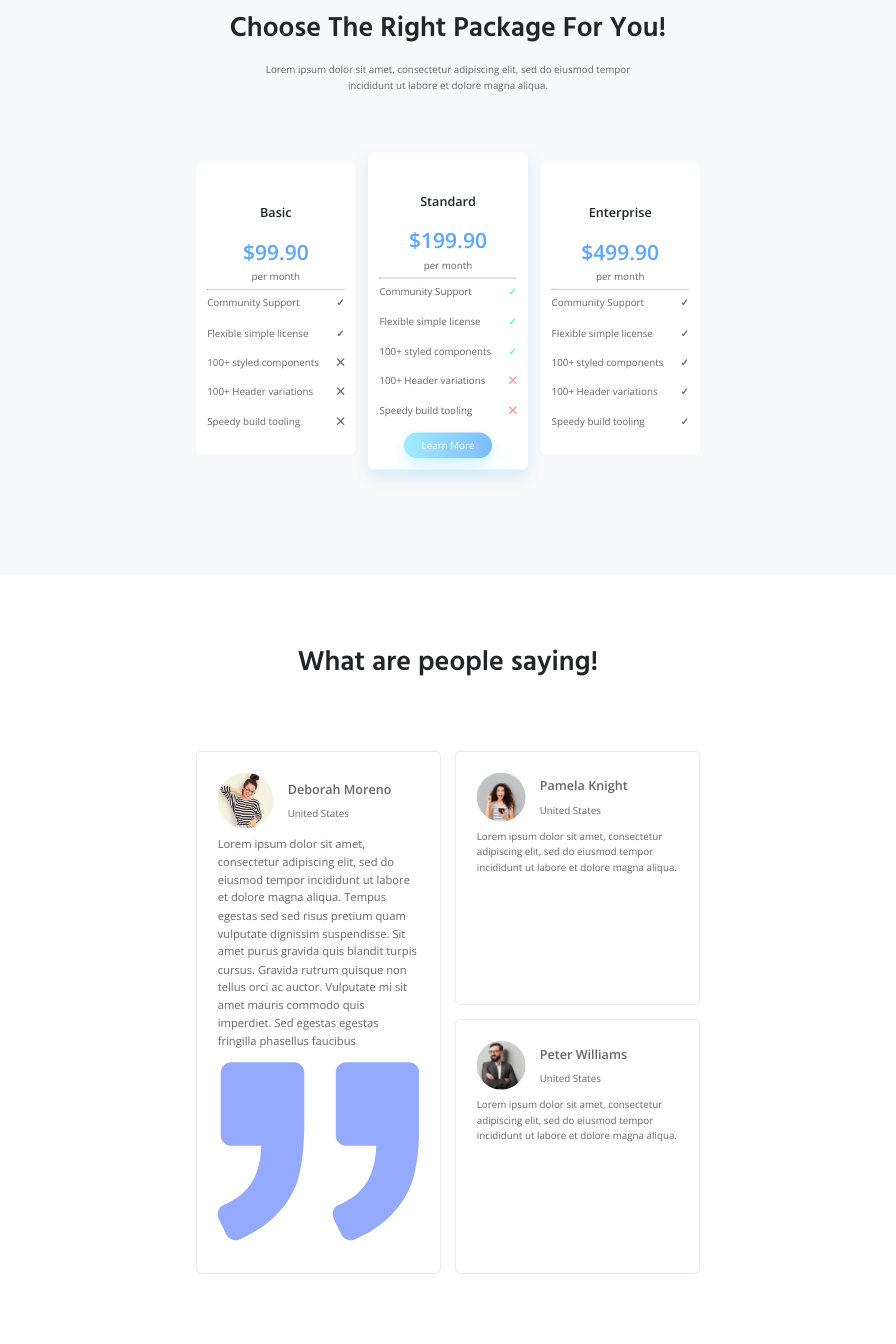
Repository: Sc-Juju/CodeRad
Page: index.html
An editor plug-in stored every save of this project. The page is shown before and after the next save, followed by the edit.
The browser window is 1280 px wide. The pictures show the part of the page from y = 2494 to 4414 px (the page is 4414 px tall before and 4231 px after), at 70% of full size.

Above is the page before, as saved 2022-11-11 22:03:54.

After the next save:
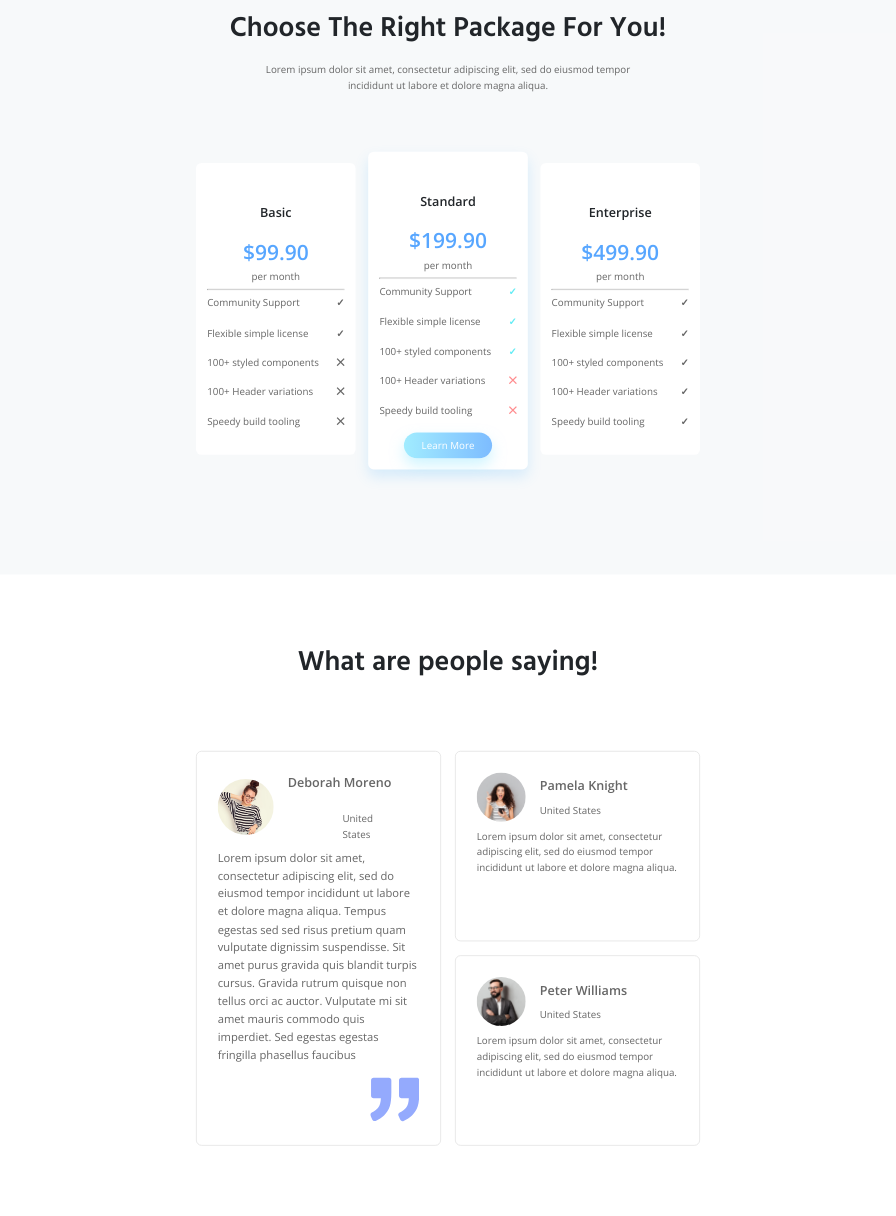
Saved 15 s later.
--- a/css/styles.css
+++ b/css/styles.css
@@ -251,7 +251,7 @@ span.bg-color-6 {background-image: linear-gradient(90deg, #a1ecff 0%, #7dbcff 10
     line-height: 1.6;
 }
 
-.testimonial-card.lg.bottom span{
+.testimonial-card.lg span{
     width: 4.375rem;
     float: right;
     margin-top: var(--size-16);
